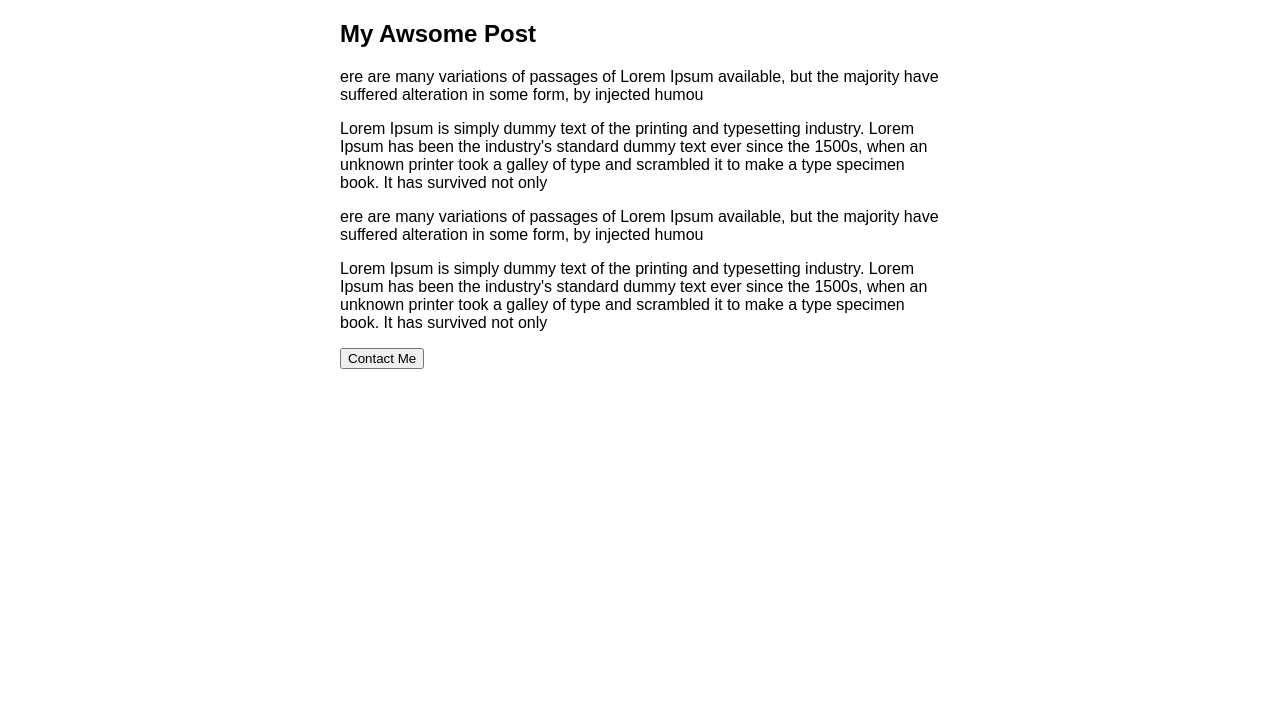
Repository: nema38/30DaysTrainning
Page: 30Days08/index.html
These files come from the project's save history. The page is drawn as it stood at one moment and after the next save; the edit follows.
The browser window is 1280 px wide. The pictures show the whole page.
Some web libraries are served in a nearby version.

Above is the page before, as saved 2014-04-16 18:33:13.

After the next save:
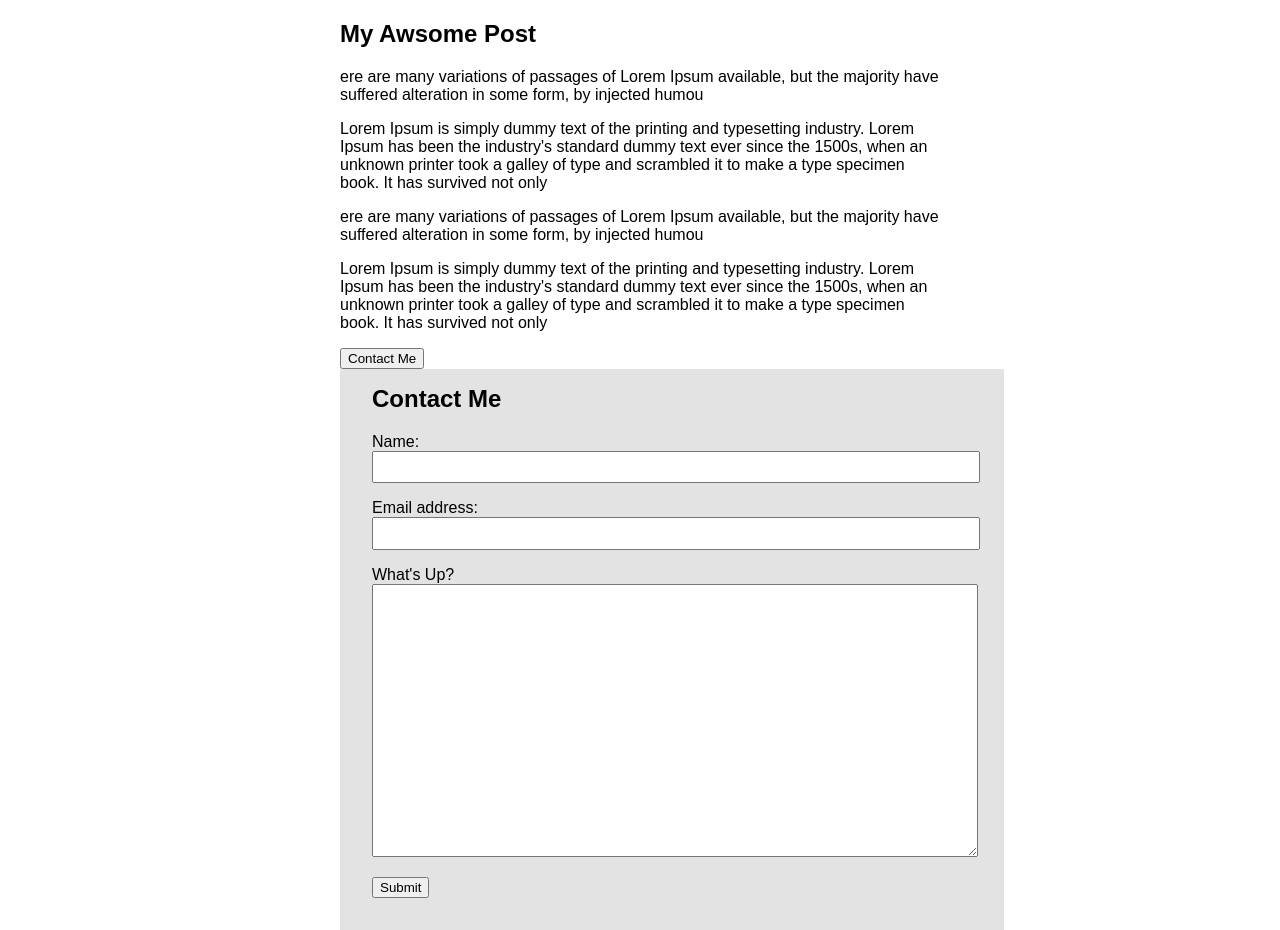
Saved 5 min 54 s later.
--- a/30Days08/index.html
+++ b/30Days08/index.html
@@ -86,6 +86,7 @@
 				$('html').addClass('js');
 
 				var contactForm = {
+					container: $('#contact'),
 					init: function() {
 						$('<button></button>', {
 							text: 'Contact Me'
@@ -95,7 +96,7 @@
 					},
 
 					show: function() {
-						console.log('showing');
+						contactForm.container.show();
 					}
 				};
 				contactForm.init();

After the save that followed:
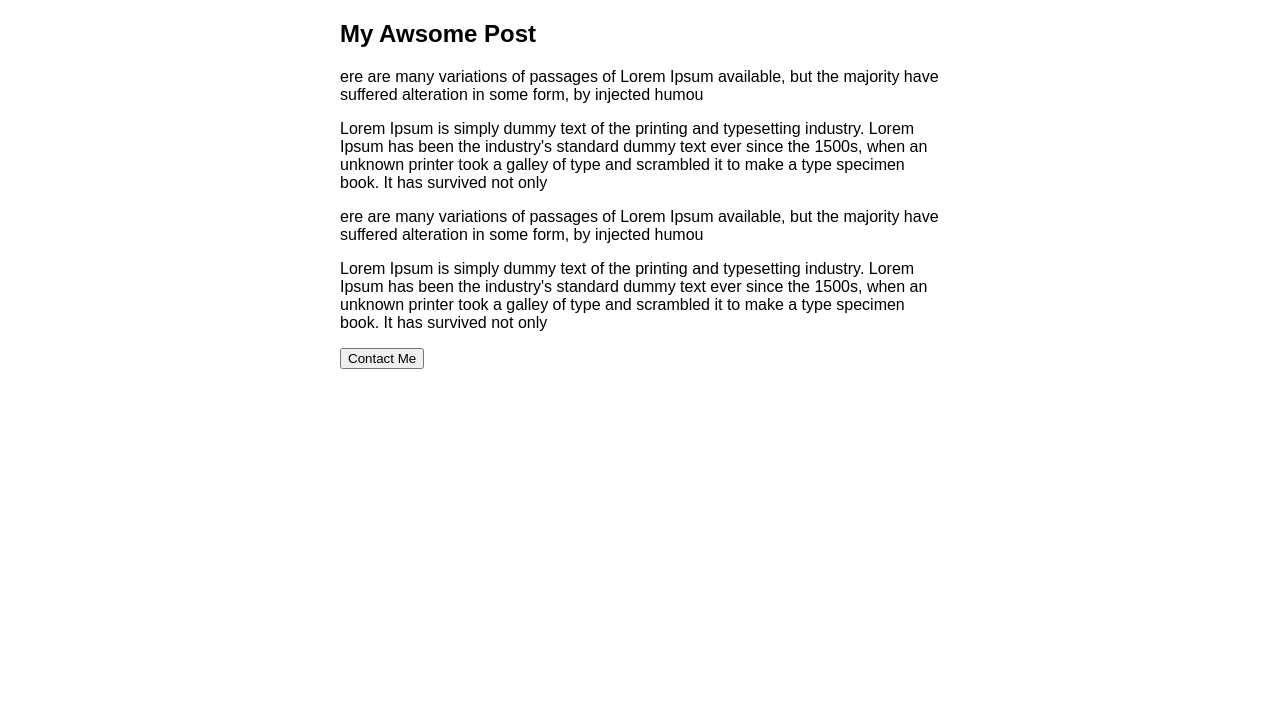
Saved 3 min 35 s later.
--- a/30Days08/index.html
+++ b/30Days08/index.html
@@ -92,7 +92,7 @@
 							text: 'Contact Me'
 						})
 							.insertAfter( 'article:first')
-							.on('click', this.show());
+							.on( 'click', this.show );
 					},
 
 					show: function() {
